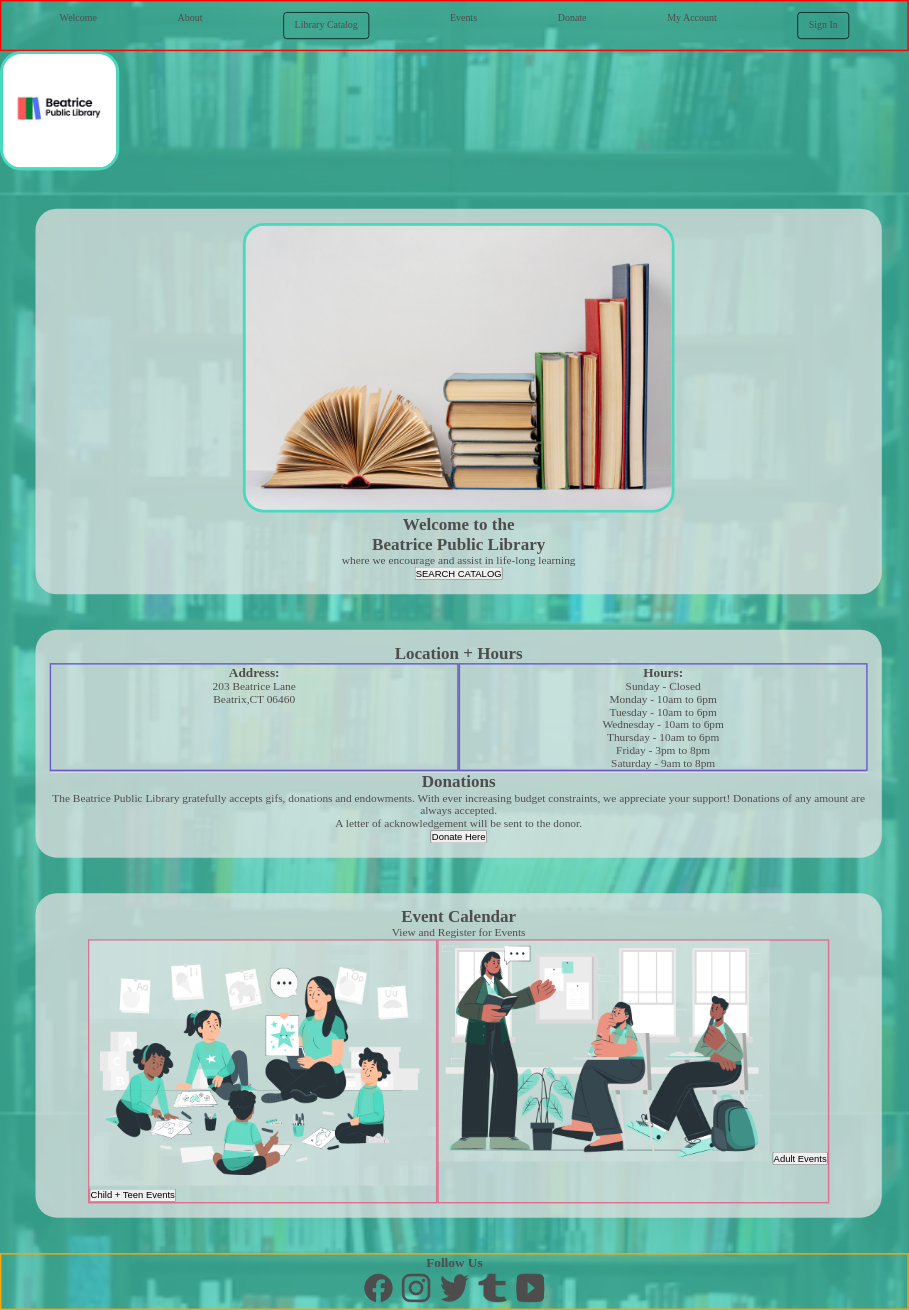
Repository: cokoduwa/RA-Wk5-Library
Page: index.html
An editor plug-in stored every save of this project. The page is shown before and after the next save, followed by the edit.
The browser window is 1280 px wide. The pictures show the whole page, at 71% of full size.

Above is the page before, as saved 2023-01-20 17:17:17.

After the next save:
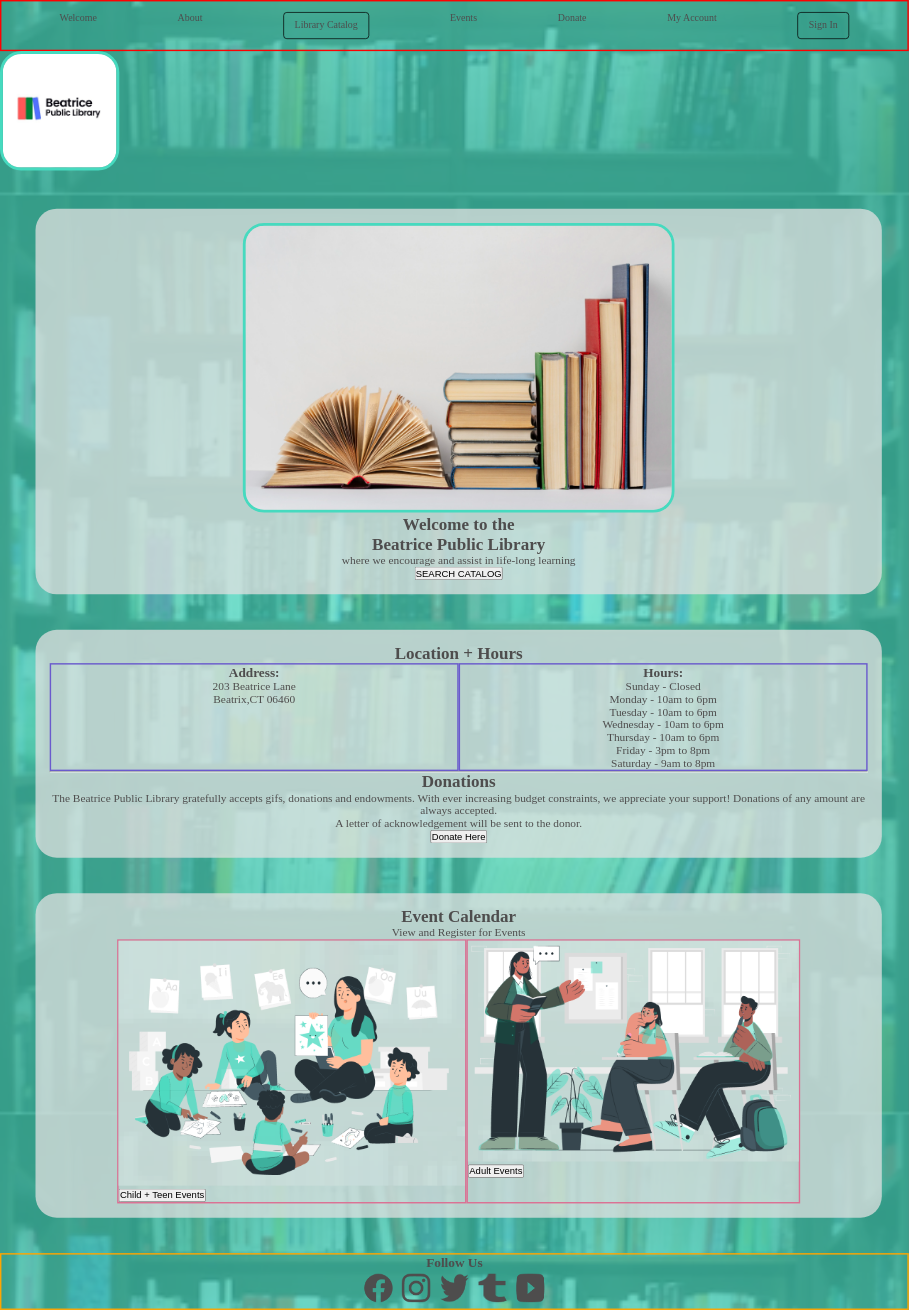
Saved 20 s later.
--- a/index.html
+++ b/index.html
@@ -83,7 +83,10 @@
 
                             <div class="adult">
                                 <img src="images/adults.png" alt="Teacher and adult students">
-                                <button>Adult Events</button>
+                                <div>
+                                    <button>Adult Events</button>
+                                </div>
+
                             </div>
 
                         </div>
